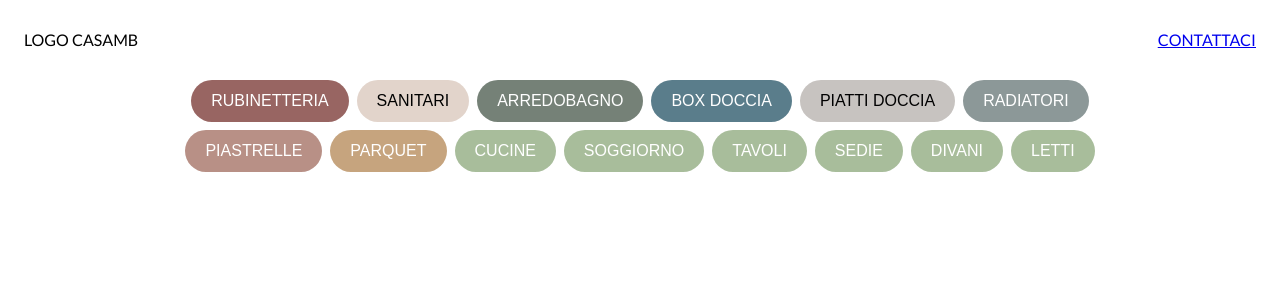
Repository: nicolorz/casamb
Page: /
These files come from the project's save history. The page is drawn as it stood at one moment and after the next save; the edit follows.
The browser window is 1280 px wide. The pictures show the whole page.
The project was rebuilt for these pictures with package versions that can differ from the ones it lists, and the page was loaded fresh each time. Also part of the build but not shown: src/index.css, src/App.css.

Above is the page before, as saved 2023-07-18 18:55:01.

### src/index.js
import React from 'react';
import ReactDOM from 'react-dom/client';
import './index.css';
import './assets/css/reset.css'
import './assets/css/style.css'
import App from './App';
import reportWebVitals from './reportWebVitals';

const root = ReactDOM.createRoot(document.getElementById('root'));
root.render(
  <React.StrictMode>
    <App />
  </React.StrictMode>
);

// If you want to start measuring performance in your app, pass a function
// to log results (for example: reportWebVitals(console.log))
// or send to an analytics endpoint. Learn more: https://bit.ly/CRA-vitals
reportWebVitals();

### src/assets/css/style.css
@import url('https://fonts.googleapis.com/css2?family=Lato:ital,wght@0,300;0,400;0,700;1,300;1,400;1,700&display=swap');

html, body {
  margin: 0;
  padding: 0;
  font-size: 16px;
  font-family: 'Lato', sans-serif;
}

.main-wrapper {
  width: 100vw;
  height: 100vh;
  background-color: #fff;
/*   display: flex;
  flex-flow: row nowrap; */
}

/* .sidebar {
  flex: 1;
  background-color: #f6f6f6;
  display: flex;
  flex-flow: column nowrap;
}

.card-wrapper {
  flex: 4;
  padding: 1rem;
  box-sizing: border-box;
  background-color: #EFF8FF;
  border: 1px solid #62A1FF;
  display: flex;
  flex-flow: row nowrap;
  align-items: flex-start;
  gap: 1rem;
}

.footer, .area-buttons {
  width: 100%;
  padding: 1rem;
  box-sizing: border-box;
  background-color: #EFF8FF;
  border: 1px solid #62A1FF;
}

.foooter {
  flex: 0 1 auto;
}

.area-buttons {
  flex: 1 0 auto;
}

.area-buttons {
  display: flex;
  flex-flow: column nowrap;
  gap: 0.5rem;
}

.area-buttons > button {
  align-self: flex-start;
}

.card {
  flex: 0 1 33%;
  padding: 1rem;
  background-color: #62A1FF;
  /* align-self: flex-start;
}

.card > img {
  width: 100%;
} */

### src/App.js
import logo from './logo.svg';
import './App.css';
import  {Header} from './components/HeaderWrapper/HeaderWrapper';

function App() {

  return (
    <div className="main-wrapper">
      <Header />
    </div>
  );
}

export default App;

### src/components/HeaderWrapper/HeaderWrapper.js
import './Header.css'
import { HeaderBottom } from './HeaderBottom'
import { HeaderTop } from './HeaderTop'

export const Header = () => {
    return <div className="header">
        <HeaderTop />
        <HeaderBottom />
    </div>
}

### src/components/HeaderWrapper/Header.css
.header {
    width: 100%;
    padding: 0 24px;
    box-sizing: border-box;
    position: fixed;
    top: 0;
    left: 0;
}

.header-top {
    width: 100%;
    display: flex;
    flex-flow: row nowrap;
    justify-content: space-between;
    align-items: center;
}

.header-top_logo {
    padding: 2rem 0;
}

.header-bottom {
    width: 100%;
    display: flex;
    flex-flow: column nowrap;
    align-items: center;
}

.sorting-area {
    max-width: 996px;
    display: flex;
    flex-flow: row wrap;
    justify-content: center;
    gap: 0.5rem;
}

### src/components/HeaderWrapper/HeaderBottom.js
import { SortingBtn } from "../SortingBtn/Sortingbtn"

const sortingButtons = [
    {
        tag: 'rubinetteria',
        label: 'rubinetteria',
        backgroundColor: '#986562',
        color: true
    },
    {
        tag: 'sanitari',
        label: 'sanitari',
        backgroundColor: '#E2D4CB',
        color: false,
        textColor: '#000'
    },
    {
        tag: 'arredobagno',
        label: 'arredobagno',
        backgroundColor: '#758177',
        color: true
    },
    {
        tag: 'boxdoccia',
        label: 'box doccia',
        backgroundColor: '#5A7D8B',
        color: true
    },
    {
        tag: 'piattidoccia',
        label: 'piatti doccia',
        backgroundColor: '#C7C3C0',
        color: false,
        textColor: '#000'
    },
    {
        tag: 'radiatori',
        label: 'radiatori',
        backgroundColor: '#8C9898',
        color: true
    },
    {
        tag: 'piastrelle',
        label: 'piastrelle',
        backgroundColor: '#B89086',
        color: true
    },
    {
        tag: 'parquet',
        label: 'parquet',
        backgroundColor: '#C6A47E',
        color: true
    },
    {
        tag: 'cucine',
        label: 'cucine',
        backgroundColor: '#A8BD9B',
        color: true
    },
    {
        tag: 'soggiorno',
        label: 'soggiorno',
        backgroundColor: '#A8BD9B',
        color: true
    },
    {
        tag: 'tavoli',
        label: 'tavoli',
        backgroundColor: '#A8BD9B',
        color: true
    },
    {
        tag: 'sedie',
        label: 'sedie',
        backgroundColor: '#A8BD9B',
        color: true
    },
    {
        tag: 'divani',
        label: 'divani',
        backgroundColor: '#A8BD9B',
        color: true
    },
    {
        tag: 'letti',
        label: 'letti',
        backgroundColor: '#A8BD9B',
        color: true
    },
];

export const HeaderBottom = () => {
    return (
        <div className="header-bottom">
            <div className="sorting-area">
                {sortingButtons.map((el) => {
                    return (
                        <SortingBtn key={el.tag} button={el} />
                    )
                })}
            </div>
        </div>
    )
}

### src/components/HeaderWrapper/HeaderTop.js
export const HeaderTop = () => {
    return <div className="header-top">
        <div className="header-top_logo">LOGO CASAMB</div>
        <a href="*" target="_self">CONTATTACI</a>
    </div>
}

### src/components/SortingBtn/Sortingbtn.js
import './Sortingbtn.css'

export const SortingBtn = ({button}) => {
    return <button
        className="sorting-btn"
        style={{
            backgroundColor: button.backgroundColor,
            color: button.color ? '#fff' : button.textColor
        }}
        >
            {button.label.toUpperCase()}
        </button>
};

### src/components/SortingBtn/Sortingbtn.css
.sorting-btn {
    background-color: #62A1FF;
    color: #fff;
    padding: 12px 20px;
    border: none;
    border-radius: 50px;
    -webkit-border-radius: 50px;
    -moz-border-radius: 50px;
    -ms-border-radius: 50px;
    -o-border-radius: 50px;
    font-size: 16px;
    cursor: pointer;
    transition: all 0.3s;
    -webkit-transition: all 0.3s;
    -moz-transition: all 0.3s;
    -ms-transition: all 0.3s;
    -o-transition: all 0.3s;
}

.sorting-btn:hover {
    background-color: #4B84DA;
}

Loaded but not shown: public/index.html (common file); src/assets/css/reset.css (common file); src/reportWebVitals.js (common file)

After the next save:
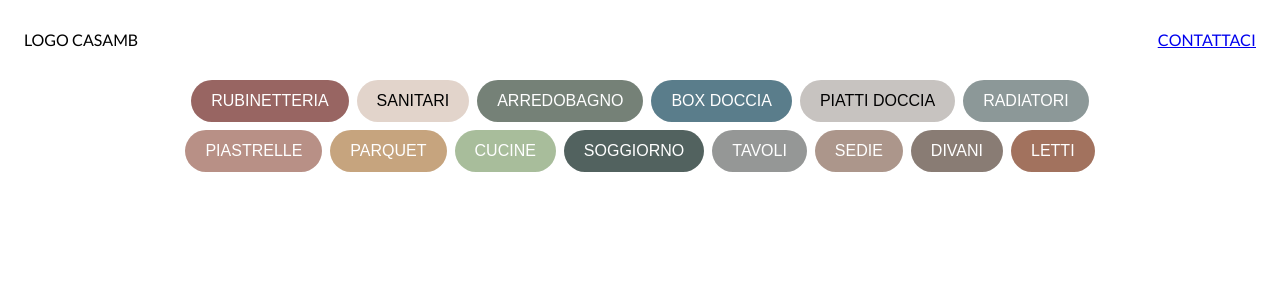
Saved 62 s later.
--- a/src/components/HeaderWrapper/HeaderBottom.js
+++ b/src/components/HeaderWrapper/HeaderBottom.js
@@ -60,31 +60,31 @@ const sortingButtons = [
     {
         tag: 'soggiorno',
         label: 'soggiorno',
-        backgroundColor: '#A8BD9B',
+        backgroundColor: '#52625F',
         color: true
     },
     {
         tag: 'tavoli',
         label: 'tavoli',
-        backgroundColor: '#A8BD9B',
+        backgroundColor: '#959796',
         color: true
     },
     {
         tag: 'sedie',
         label: 'sedie',
-        backgroundColor: '#A8BD9B',
+        backgroundColor: '#AC968B',
         color: true
     },
     {
         tag: 'divani',
         label: 'divani',
-        backgroundColor: '#A8BD9B',
+        backgroundColor: '#897C74',
         color: true
     },
     {
         tag: 'letti',
         label: 'letti',
-        backgroundColor: '#A8BD9B',
+        backgroundColor: '#A2725E',
         color: true
     },
 ];
